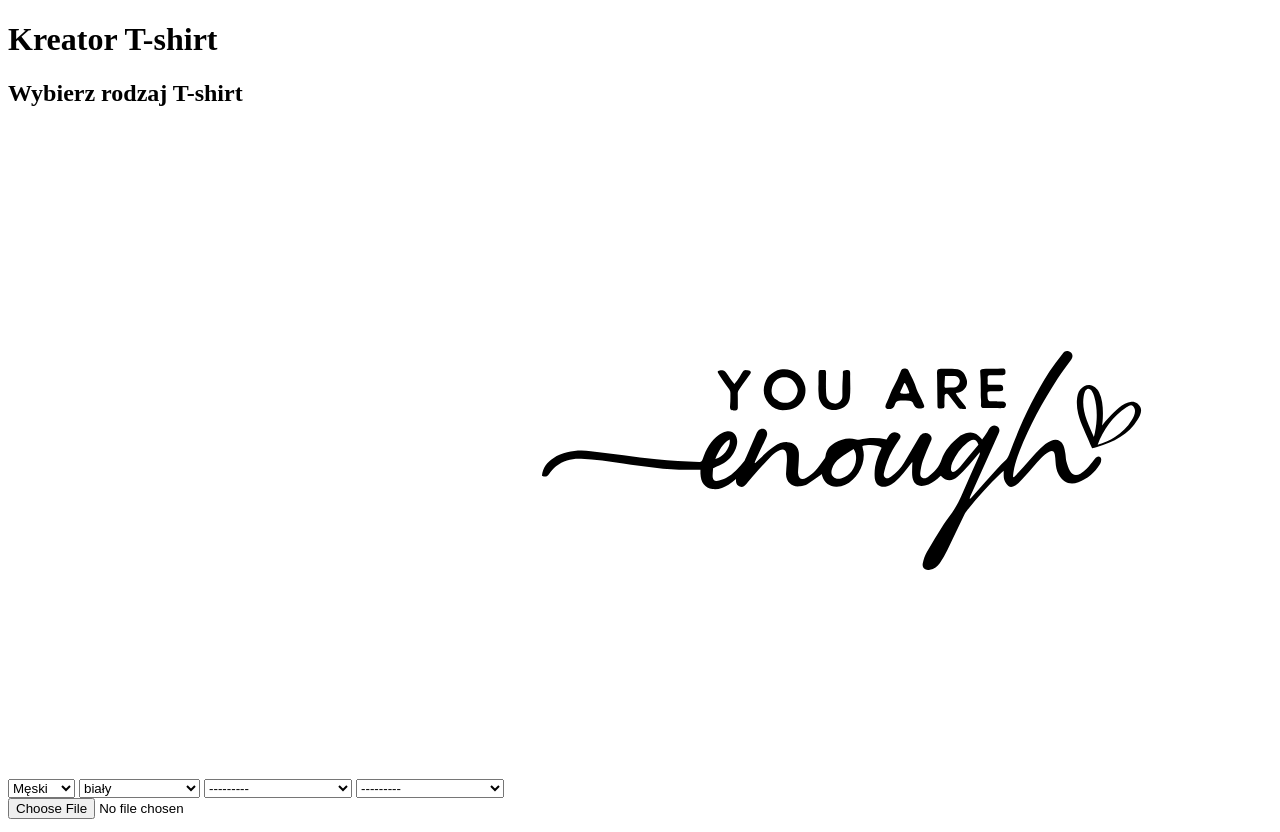
Repository: artek313/clothes
Page: index.html
An editor plug-in stored every save of this project. The page is shown before and after the next save, followed by the edit.
The browser window is 1280 px wide. The pictures show the whole page.

Above is the page before, as saved 2024-04-27 12:54:57.

### index.html
<!DOCTYPE html>
<html lang="en">

<head>
    <meta charset="UTF-8">
    <meta name="viewport" content="width=device-width, initial-scale=1.0">
    <title>Document</title>

    <link rel="stylesheet" href="style.css">

    <script src="script.js"></script>

</head>

<body>
    <h1>Kreator T-shirt</h1>
    <h2>Wybierz rodzaj T-shirt</h2>
    <select name="kind" id="kindTshirt">
        <option value="men">Męski</option>
        <option value="women">Damski</option>
    </select>
    <select name="color" id="colorTshirt">
        <option value="white">biały</option>
        <option value="black">czarny</option>
        <option value="red">czerwony</option>
        <option value="bottleGreen">butelkowa zieleń</option>
        <option value="blue">niebieski</option>
        <option value="navyBlue">granatowy</option>
    </select>
    <select name="overPrintName" id="overPrintName">
        <option value="">---------</option>
        <option value="adventure_of_your_life">Adventure of your life</option>
    </select>
    <select name="overPrintColor" id="overPrintColor">
        <option value="">---------</option>
        <option value="adventure_of_your_life">Adventure of your life</option>
    </select>





    <object class="" id="overprint" data="img/men/overprints/1.svg" type="image/svg+xml"></object>

    <input type="file" name="inputfile" id="inputfile">
    <pre id="output"></pre>



    <div id="tshirtBox">





    </div>





</body>

</html>

### style.css
.tshirtBox {
	width: 50%;
}

.tshirtMockup {
	width: 100%;
	position: relative;
}

.tshirtMockup_color {
	width: 100%;
}

.tshirtMockup_overprint {
	width: 30%;
	position: absolute;
	top: 20%;
	left: 50%;
	transform: translateX(-50%);
}

.tshirtMockup_overprint img {
	width: 100%;
}

div svg {
	fill: red !important;
}

### script.js
'use strict'

document.addEventListener('DOMContentLoaded', function () {
	init()
})

function init() {
	const kindTshirtSelect = document.querySelector('#kindTshirt')
	const colorTshirtSelect = document.querySelector('#colorTshirt')
	const tshirtBox = document.querySelector('.tshirtBox')
	const overPrintNameSelect = document.querySelector('#overPrintName')
	const overPrintColorSelect = document.querySelector('#overPrintColor')

	const overprint = document.getElementById('overprint')

	console.log(overprint)

	// overprint.addEventListener('load', function (e) {
	// 	console.dir(e)
	// 	console.log(overprint.contentDocument)
	// 	console.log(overprint.contentDocument.querySelector('svg'))
	// 	overprint.contentDocument.querySelector('svg').style.fill = '#00f'
	// })

	console.log(colorTshirtSelect)

	overPrintColorSelect.addEventListener('change', function (e) {
		console.log(e.target.value)
	})

	// document.getElementById('inputfile').addEventListener('change', function (e) {
	// 	console.dir(document.getElementById('inputfile'))
	// 	console.log(e)
	// 	let fr = new FileReader()
	// 	fr.readAsText(file)

	// 	console.log(fr)
	// 	fr.onload = function () {
	// 		document.getElementById('output').textContent = fr.result
	// 	}

	// 	fr.readAsBinaryString(this.files[0])
	// })

	// overprint.addEventListener(
	// 	'load',
	// 	function (e) {
	// 		const svgObj = overprint.contentDocument
	// 		if (svgObj) {
	// 			console.log(svgObj.querySelector('svg'))
	// 		}
	// 	},
	// 	false
	// )
	// overPrintNameSelect.addEventListener('change', function (e) {
	// 	let svgObject = document.querySelector('#path3443')
	// 	console.log(overprint)
	// 	document.querySelectorAll('#path1096')

	// 	if (svgObject) {
	// 		console.log(svgObject)
	// 		let svgDocObject = svgObject.innerHTML

	// 		console.log(svgDocObject)
	// 	}
	// })
}

After the next save:
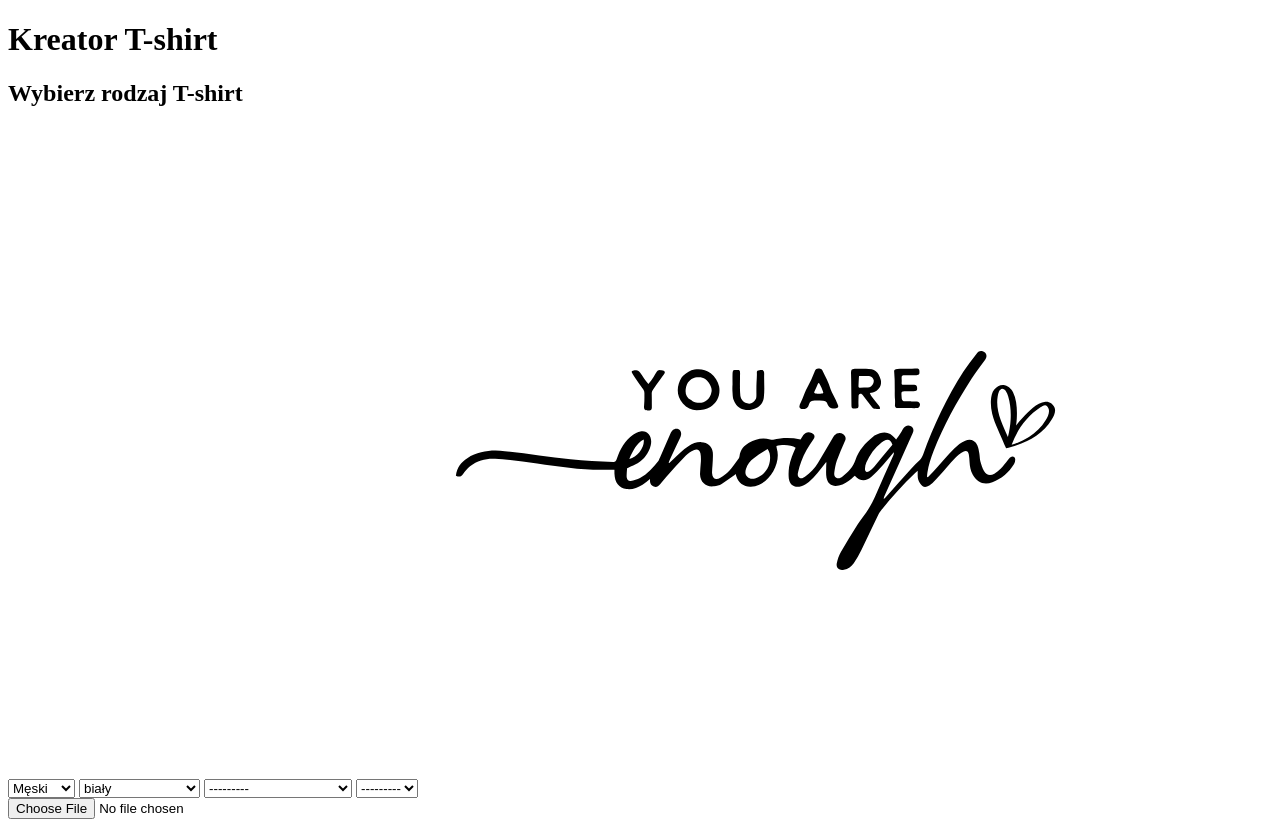
Saved 33 s later.
--- a/index.html
+++ b/index.html
@@ -33,7 +33,8 @@
     </select>
     <select name="overPrintColor" id="overPrintColor">
         <option value="">---------</option>
-        <option value="adventure_of_your_life">Adventure of your life</option>
+        <option value="#f00">#f00</option>
+        <option value="#f0F">#f0F</option>
     </select>
 
 
